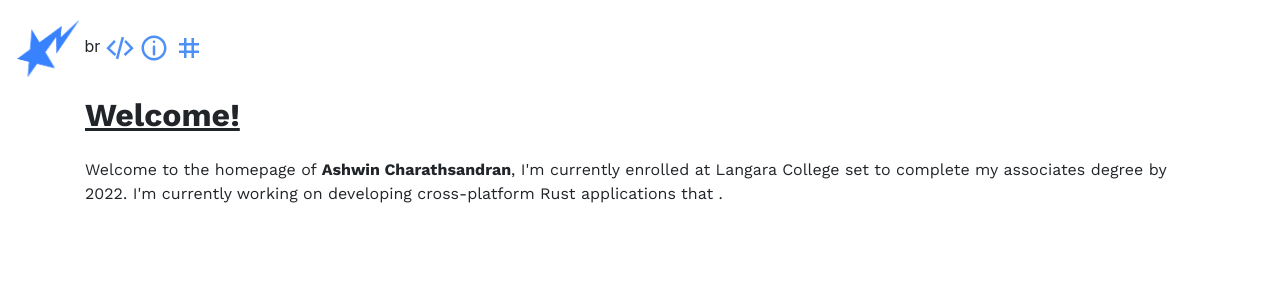
Repository: xxiz/ashwin.lol_flask
Page: http://localhost/
These files come from the project's save history. The page is drawn as it stood at one moment and after the next save; the edit follows.
The browser window is 1280 px wide. The pictures show the whole page.
The page is served by the project's application, run on Flask 3 (app.py).

Above is the page before, as saved 2021-08-31 17:04:22.

After the next save:
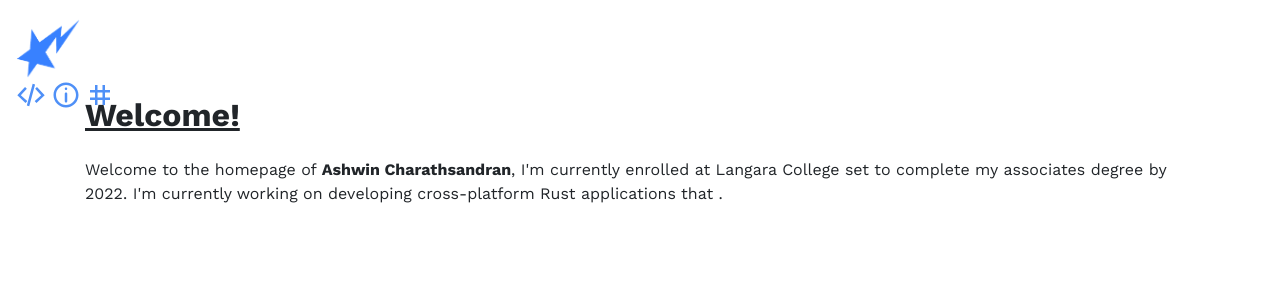
Saved 18 s later.
--- a/templates/base.html
+++ b/templates/base.html
@@ -15,8 +15,7 @@
     <nav>
       <!-- <a href="/"><?xml version="1.0" encoding="UTF-8"?><svg fill="none" viewBox="0 0 24 24" xmlns="http://www.w3.org/2000/svg"><path d="m6 22.879c-1.6568 0-3-1.3432-3-3v-10c0-0.03389 0.00169-0.0674 0.00498-0.10043h-0.00498c0-0.57596 0.2288-1.1283 0.63607-1.5356l6.2426-6.2426c1.1715-1.1716 3.071-1.1716 4.2426 0l6.2426 6.2426c0.4073 0.40726 0.6361 0.95963 0.6361 1.5356h-5e-3c0.0033 0.03303 5e-3 0.06654 5e-3 0.10043v10c0 1.6568-1.3431 3-3 3h-12zm6.7071-19.464 6.2929 6.2929v10.172c0 0.5522-0.4477 1-1 1h-3v-5c0-1.6569-1.3431-3-3-3s-3 1.3431-3 3v5h-3c-0.55228 0-1-0.4478-1-1v-10.172l6.2929-6.293c0.3905-0.39052 1.0237-0.39052 1.4142 0z" clip-rule="evenodd" fill="currentColor" fill-rule="evenodd"/></svg></a> -->
       <a href="/"><img width="64" src="/static/logo.png" alt="A"></a>
-      br
-      <a>
+      <br>
       <a href="/projects"><?xml version="1.0" encoding="UTF-8"?><svg viewBox="0 0 24 24" xmlns="http://www.w3.org/2000/svg"><path d="m13.325 3.0501-4.6576 17.382 1.9319 0.5176 4.6575-17.382-1.9318-0.51764z" fill="currentColor"/><path d="m7.612 18.361 1.3594-1.4484-5e-4 -0.0191-5.0943-4.7812 4.7904-5.1041-1.4583-1.3687-6.1591 6.5624 6.5624 6.1591z" fill="currentColor"/><path d="m16.388 18.361-1.3594-1.4484 5e-4 -0.0191 5.0943-4.7812-4.7904-5.1041 1.4583-1.3687 6.1591 6.5624-6.5624 6.1591z" fill="currentColor"/></svg></a>
       <a href=""><?xml version="1.0" encoding="UTF-8"?><svg viewBox="0 0 24 24" xmlns="http://www.w3.org/2000/svg"><path d="m11 10.979c0-0.5523 0.4477-1 1-1s1 0.44773 1 1v6c0 0.5523-0.4477 1-1 1s-1-0.4477-1-1v-6z" fill="currentColor"/><path d="m12 6.0512c-0.5523 0-1 0.44771-1 1 0 0.55228 0.4477 1 1 1s1-0.44772 1-1c0-0.55229-0.4477-1-1-1z" fill="currentColor"/><path d="m12 2c-5.5228 0-10 4.4772-10 10 0 5.5228 4.4772 10 10 10 5.5228 0 10-4.4772 10-10 0-5.5228-4.4772-10-10-10zm-8 10c0 4.4183 3.5817 8 8 8 4.4183 0 8-3.5817 8-8 0-4.4183-3.5817-8-8-8-4.4183 0-8 3.5817-8 8z" clip-rule="evenodd" fill="currentColor" fill-rule="evenodd"/></svg></a>
       <a href=""><?xml version="1.0" encoding="UTF-8"?><svg fill="none" viewBox="0 0 24 24" xmlns="http://www.w3.org/2000/svg"><path d="m8 4v4h-4v2h4v4h-4v2h4v4h2v-4h4v4h2v-4h4v-2h-4v-4h4v-2h-4v-4h-2v4h-4v-4h-2zm6 10v-4h-4v4h4z" clip-rule="evenodd" fill="currentColor" fill-rule="evenodd"/></svg></a>
